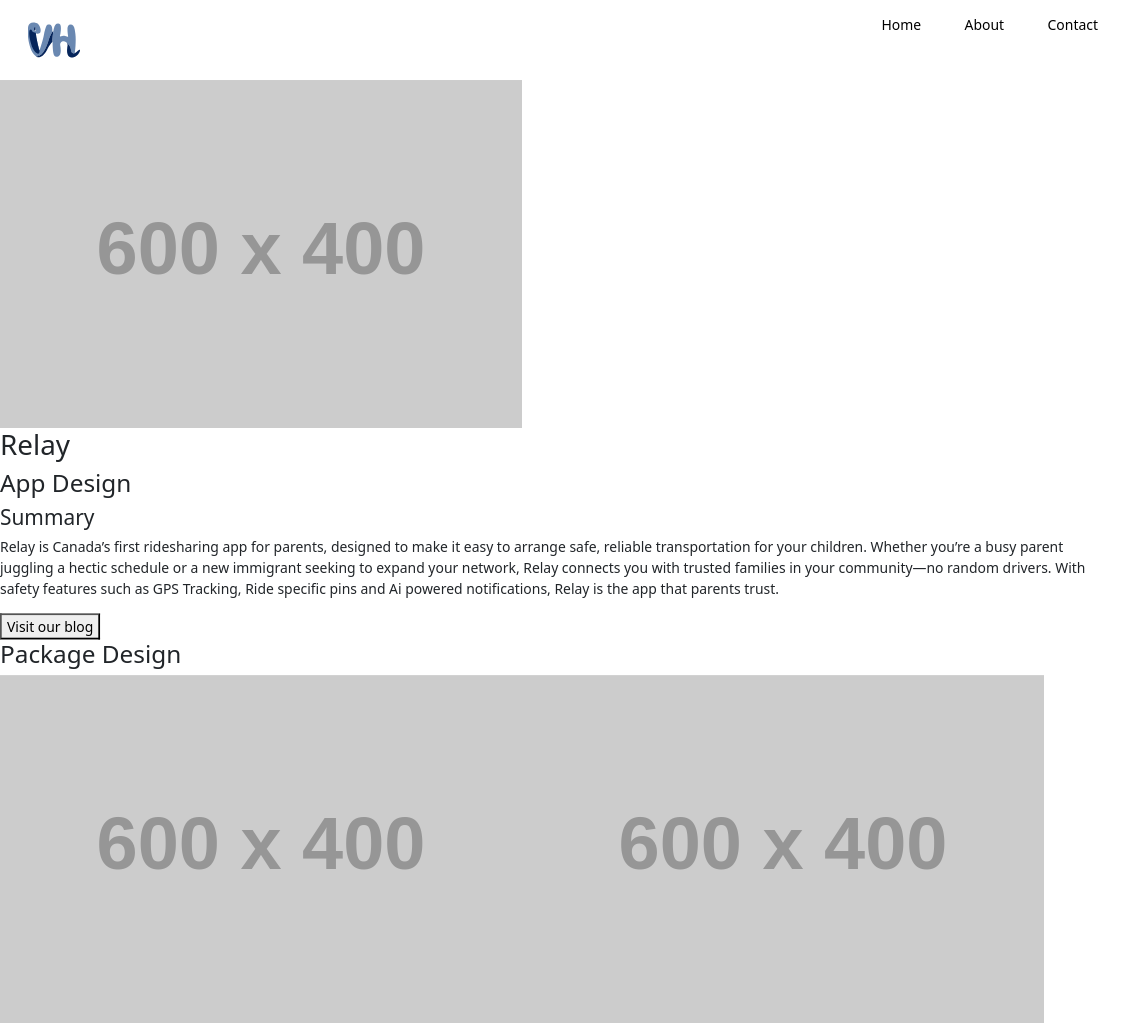
Repository: Vanessahyc/vanessa-portfolio
Page: /relay
The author's editor kept a copy of each file at every save. The page is drawn from the files as they stood at one save, then again after the next save.
The browser window is 1280 px wide. The page is 1312 px wide, so the pictures cover 1312 px, including what lies to the right of the window. The pictures show the whole page, at 87% of full size.
The project was rebuilt for these pictures with package versions that can differ from the ones it lists, and the page was loaded fresh each time. The framework's server and built-in components were replaced by stand-ins that run in the browser. Also part of the build but not shown: next.config.mjs, src/app/relay/Relay.module.css.

Above is the page before, as saved 2025-02-09 13:12:33.

After the next save:
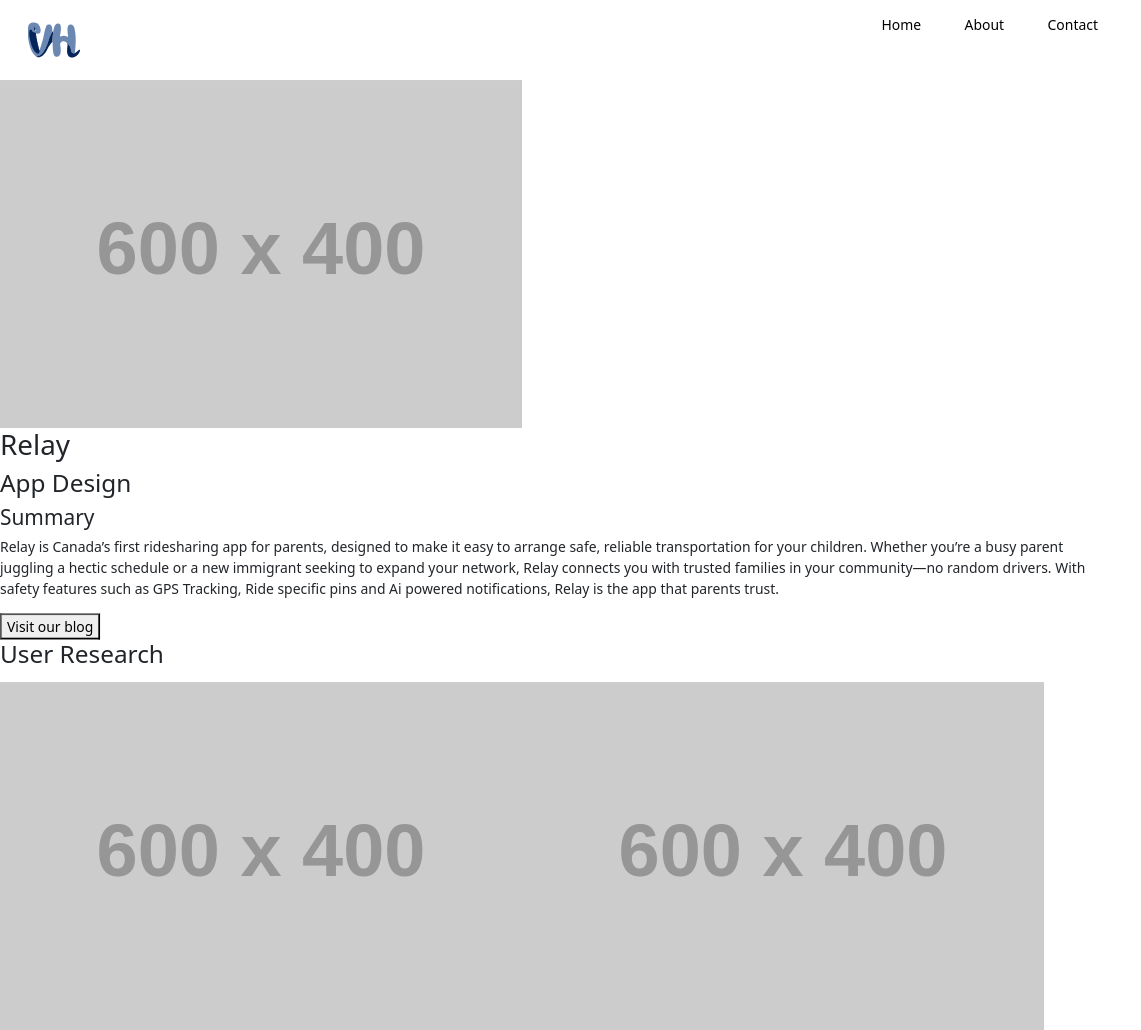
Saved 48 s later.
--- a/src/app/relay/page.js
+++ b/src/app/relay/page.js
@@ -30,8 +30,9 @@ export default function Relay() {
           </div>
         </section>
         <section className={styles.packageContainer}>
-          <h3>Package Design</h3>
           <div className={styles.packageDesign}>
+            <h3>User Research</h3>
+            <p></p>
             <img src="https://placehold.co/600x400" alt="placeholder image" />
             <img src="https://placehold.co/600x400" alt="placeholder image" />
             {/* <Image
